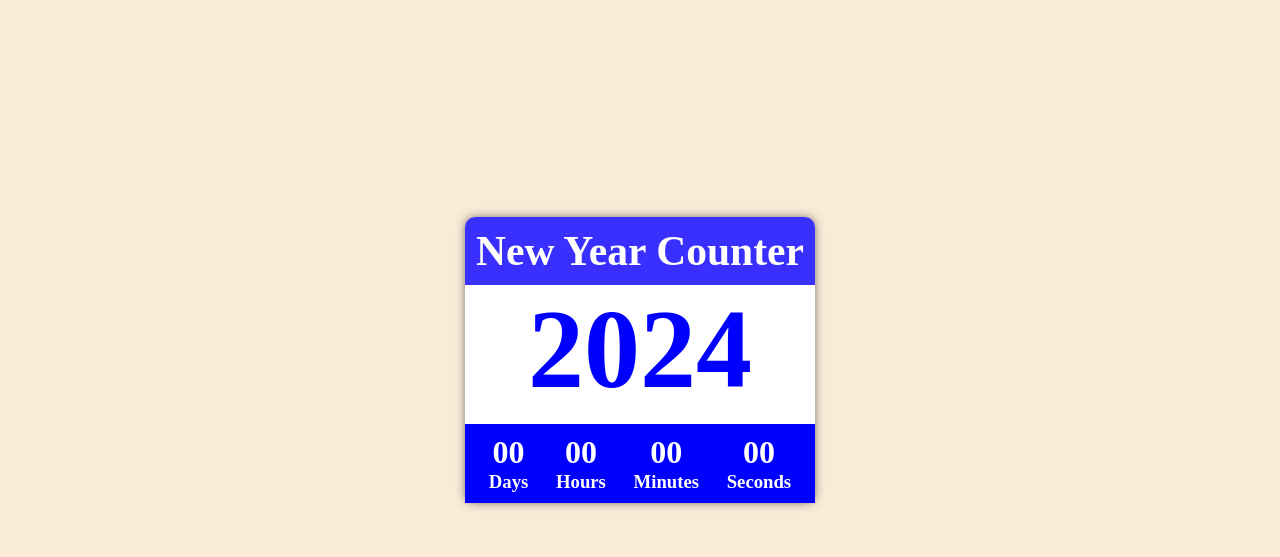
Repository: JunaidAnsari202/New-Year-counter
Page: index.html
The author's editor kept a copy of each file at every save. The page is drawn from the files as they stood at one save, then again after a run of saves.
The browser window is 1280 px wide. The pictures show the whole page.

Above is the page before, as saved 2024-11-13 15:32:46.
Console error: SyntaxError: Unexpected end of input

After the next 11 saves:
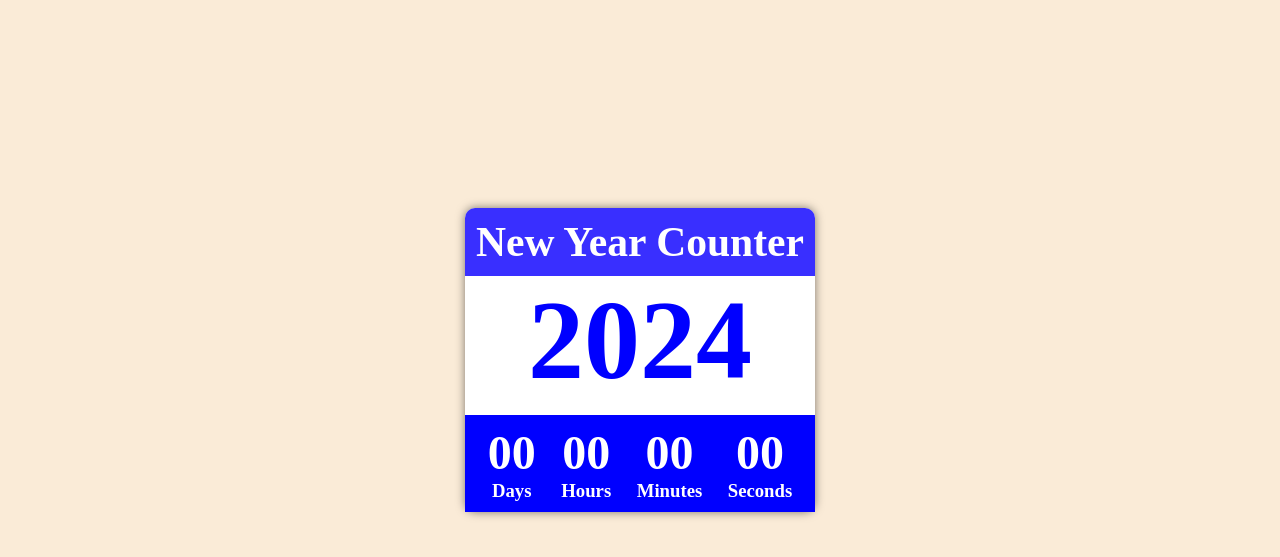
The 11 saves are shown as one change because they came seconds apart.
The last was saved 26 s later.
--- a/style.css
+++ b/style.css
@@ -45,5 +45,6 @@ body{
 }
 
 #days, #hours, #minutes, #seconds{
-    fo
+    font-size: 3rem;
+    font-weight: bold;
 }
